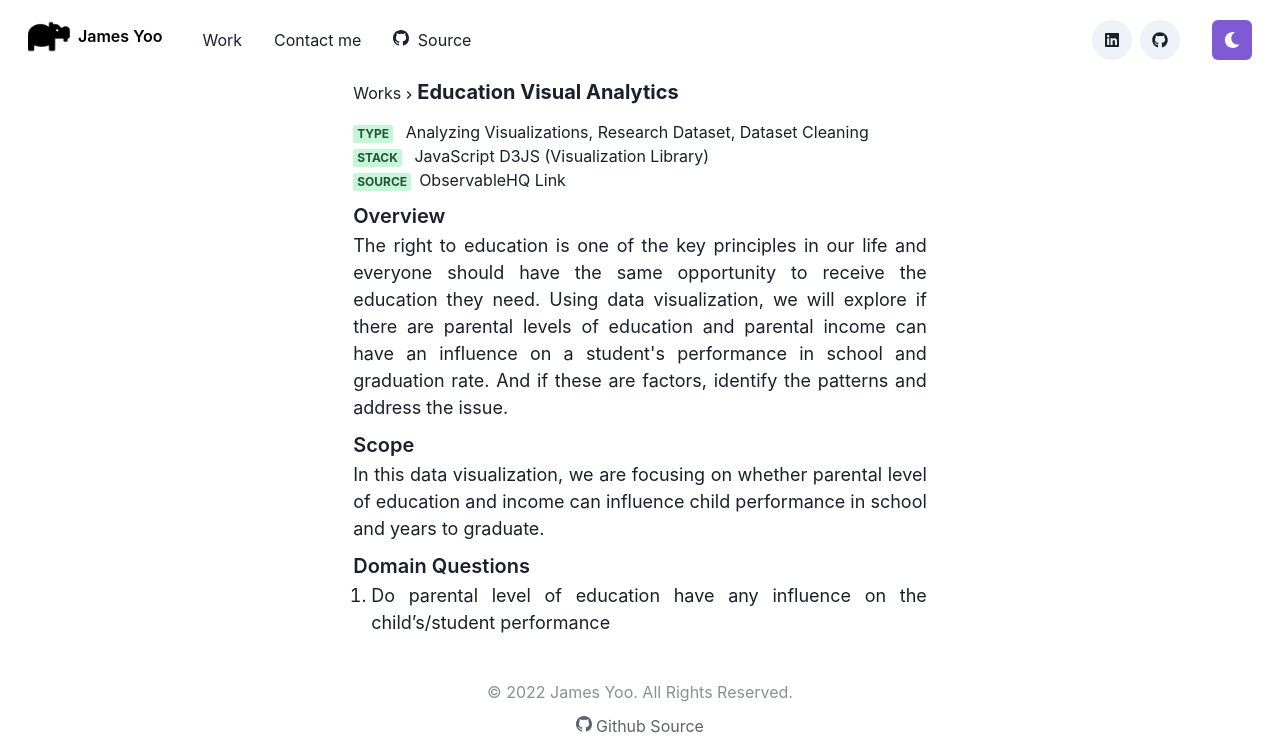
Repository: jammy729/portfolio-2022
Page: /work/educationvisualanalytics
These files come from the project's save history. The page is drawn as it stood at one moment and after a run of saves; the edit follows.
The browser window is 1280 px wide. The pictures show the whole page.
The project was rebuilt for these pictures with package versions that can differ from the ones it lists, and the page was loaded fresh each time. Also part of the build but not shown: src/components/home.js, src/components/contact.js, src/components/layouts/layout.js, src/components/work/work.js, src/components/work/Development/WorldInstitutionDatabase/worldinstitutiondatabase.js, src/components/work/Development/GeoMemories/geomemories.js, src/components/work/Design/ExperienceDesign/experiencedesign.js, src/components/work/Development/PersonalPortfolio/personalportfolio.js. Imported but missing from the stored project, and not drawn on this page: src/components/work/Design/FinestCup/finestcup, src/components/work/Development/WorldInstitutionDatabase/universityDatabase.mp4.

Above is the page before, as saved 2022-06-28 15:09:47.

After the next 2 saves:
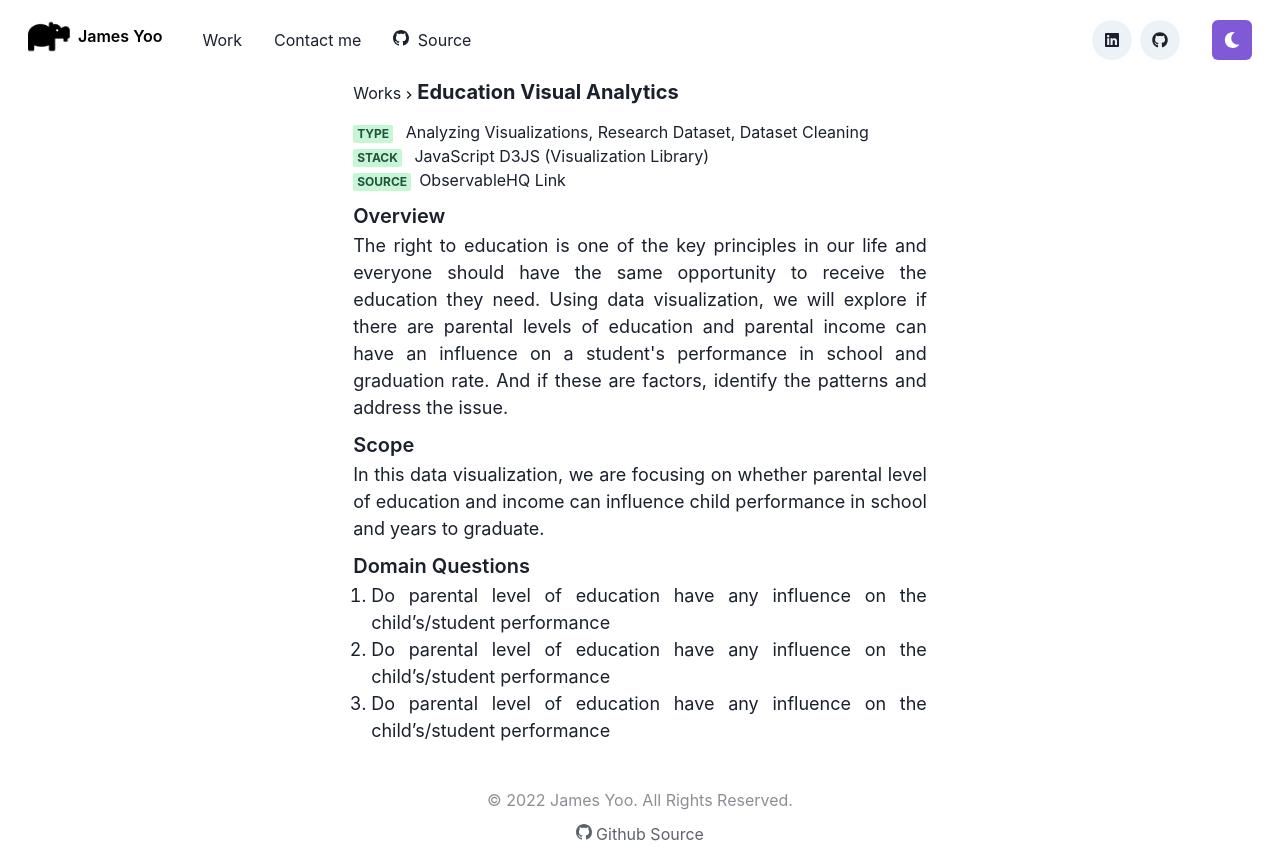
The 2 saves are shown as one change because they came seconds apart.
The last was saved 6 s later.
--- a/src/components/work/Development/EducationVisualAnalytics/educationvisualanalytics.js
+++ b/src/components/work/Development/EducationVisualAnalytics/educationvisualanalytics.js
@@ -55,6 +55,14 @@ const EducationVisualAnalytics = () => {
               Do parental level of education have any influence on the
               child’s/student performance
             </ListItem>
+            <ListItem>
+              Do parental level of education have any influence on the
+              child’s/student performance
+            </ListItem>
+            <ListItem>
+              Do parental level of education have any influence on the
+              child’s/student performance
+            </ListItem>
           </OrderedList>
         </DescriptionText>
       </Container>
